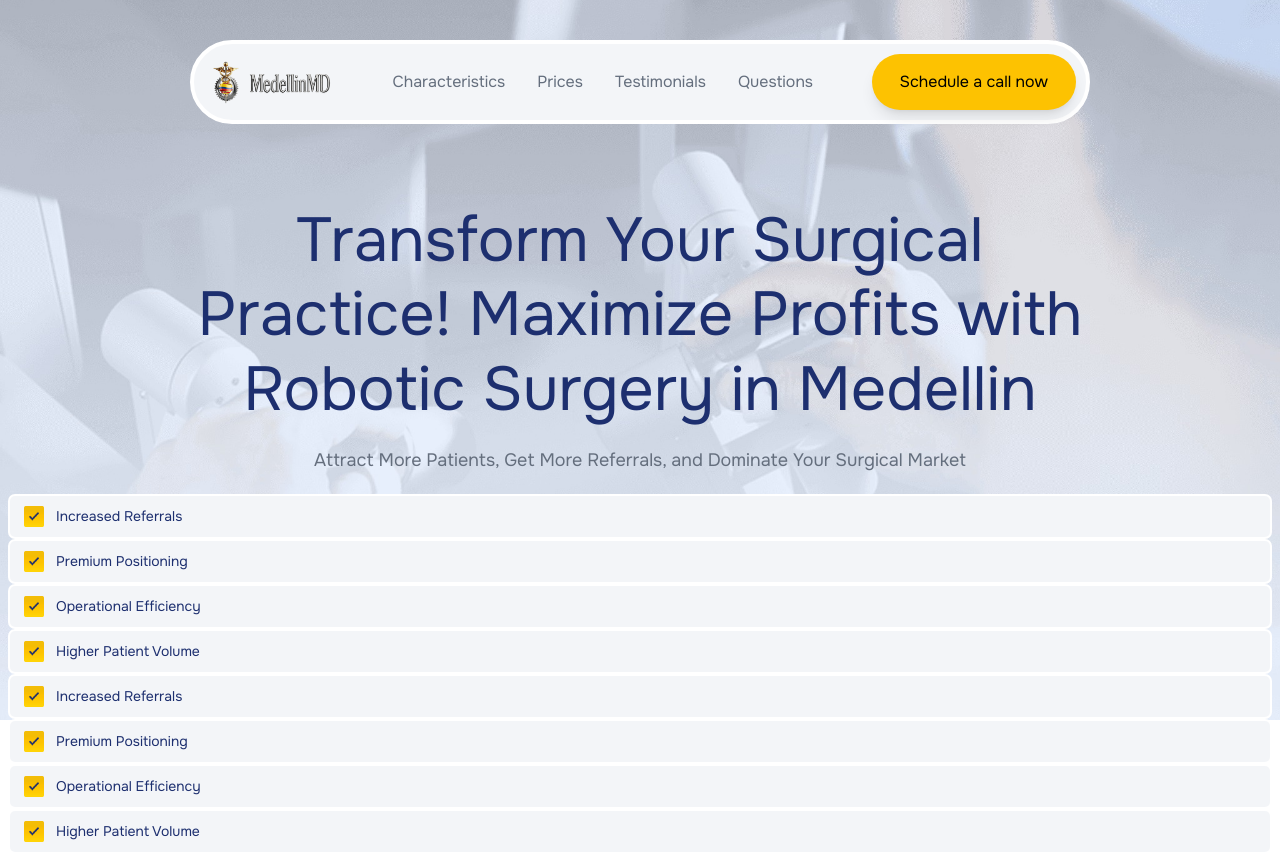
Repository: emmanueltech2019/cmd
Page: /home
An editor plug-in stored every save of this project. The page is shown before and after the next save, followed by the edit.
The browser window is 1280 px wide. The pictures show the whole page.
The project was rebuilt for these pictures with package versions that can differ from the ones it lists, and the page was loaded fresh each time. The framework's server and built-in components were replaced by stand-ins that run in the browser. Also part of the build but not shown: next.config.mjs.

Above is the page before, as saved 2025-05-15 16:36:05.

### src/app/home/page.jsx
import React from 'react'
import Image from 'next/image'
import medellinHero from '@/images/jpg/medellinHero.jpg'
import medellinLogo from '@/images/png/medellinLogo.png'
import medellinCheck from '@/images/png/medellinCheck.png'
import SlideView from '../components/SlideView'
import Button from '../components/Button'

const page = () => {
    const slideViewData = [
        { id: 1, text: 'Increased Referrals', image: medellinCheck },
        { id: 2, text: 'Premium Positioning', image: medellinCheck },
        { id: 3, text: 'Operational Efficiency', image: medellinCheck },
        { id: 4, text: 'Higher Patient Volume', image: medellinCheck },
    ];
  return (
    <>
        <div className={`h-screen w-full`}
            style={{
                backgroundImage: `url(${medellinHero.src})`,
                backgroundSize: 'cover',
                backgroundPosition: 'center',
                backgroundRepeat: 'no-repeat',
            }}
        >
            <nav className='py-5'>
                <div className="w-web-navwidth mx-auto bg-web-navwhite backdrop-blur-md p-web-nav-padding flex justify-between items-center rounded-web-radius border-white border-4 my-5">
                    <div className="w-web-logowidth h-web-logoheight flex justify-center items-center">
                        <Image src={medellinLogo} width={100} height={100} alt='medellin logo' className='w-full' />
                    </div>
                    <ul className="flex gap-web-navgap items-center text-navfontsize">
                        <li>
                            <button className='p-web-nav-padding bg-transparent hover:bg-web-blue text-web-navgray hover:text-white transition-all duration-500 rounded-web-navbtnradius'>Characteristics</button>
                        </li>
                        <li>
                            <button className='p-web-nav-padding bg-transparent hover:bg-web-blue text-web-navgray hover:text-white transition-all duration-500 rounded-web-navbtnradius'>Prices</button>
                        </li>
                        <li>
                            <button className='p-web-nav-padding bg-transparent hover:bg-web-blue text-web-navgray hover:text-white transition-all duration-500 rounded-web-navbtnradius'>Testimonials</button>
                        </li>
                        <li>
                            <button className='p-web-nav-padding bg-transparent hover:bg-web-blue text-web-navgray hover:text-white transition-all duration-500 rounded-web-navbtnradius'>Questions</button>
                        </li>
                    </ul>
                    <Button className='bg-web-yellow hover:bg-web-blue py-4 px-7 transition-all duration-500 hover:text-white shadow-lg rounded-web-radius'>Schedule a call now</Button>
                </div>
            </nav>
            <div className="mt-10 w-[100%] md:w-[70%] mx-auto">
                <h1 className="text-center text-web-blue text-webhero-font leading-webhero-lineheight">Transform Your Surgical Practice! Maximize Profits with Robotic Surgery in Medellin</h1>
                <p className='text-websubhero-font text-web-navgray text-center py-5'>Attract More Patients, Get More Referrals, and Dominate Your Surgical Market</p>
            </div>
            <div className="whitespace-nowrap overflow-hidden">
                {slideViewData.map((item) => (
                    <SlideView key={`a-${item.id}`}>
                        <div className="flex gap-3">
                            <Image src={item.image} alt='medellin check' width={100} height={100} className='w-5' />
                            {item.text}
                        </div>
                    </SlideView>
                ))}
                {slideViewData.map((item) => (
                    <SlideView key={`b-${item.id}`}>
                        <div className="flex gap-3">
                            <Image src={item.image} alt='medellin check' width={100} height={100} className='w-5' />
                            {item.text}
                        </div>
                    </SlideView>
                ))}
            </div>
        </div>
    </>
  )
}

export default page

### src/app/globals.css
@import url('https://fonts.googleapis.com/css2?family=Onest:wght@100..900&family=Poppins:ital,wght@0,100;0,200;0,300;0,400;0,500;0,600;0,700;0,800;0,900;1,100;1,200;1,300;1,400;1,500;1,600;1,700;1,800;1,900&display=swap');

*{
  font-family: "Onest", sans-serif;
}

@tailwind base;
@tailwind components;
@tailwind utilities;

@font-face {
  font-family: 'Onset';
  src: url('/src/fonts/Onest-VariableFont_wght.ttf') format('truetype');
  font-weight: 400;
  font-style: normal;
  font-display: swap; /* recommended for better performance */
}

### src/app/components/SlideView.jsx
import React from 'react'

const slideview = ({ children }) => {
  return (
    <div className='p-web-heroslideview bg-web-navwhite border-white border-2 rounded-web-heroslideradius text-web-navfontsize text-web-blue mx-2 flex-shrink-0'>{children}</div>
  )
}

export default slideview

### src/app/components/button.jsx
import React from 'react'

const button = ({children}) => {
  return (
    <button className='bg-web-yellow hover:bg-web-blue py-4 px-7 transition-all duration-500 hover:text-white shadow-lg rounded-web-radius'>{children}</button>
  )
}

export default button

### tailwind.config.js
/** @type {import('tailwindcss').Config} */
export default {
  content: [
    "./index.html",
    "./src/**/*.{js,ts,jsx,tsx}",
  ],
  theme: {
    extend: {
      colors: {
        'web-blue': '#1d2f6f',
        'web-yellow': '#fdc201',
        'web-navwhite': '#f3f5f8',
        'web-navgray': '#646e7d',
      },
      boxShadow: {
        'web-shadow': '#abcbff08 0px 0.602187px 2.28831px 0px,'
      },
      padding: {
        'web-btn-padding': '16px 28px',
        'web-nav-padding': '10px',
        'web-heroslideview': '10px 14px'
      },
      lineHeight: {
        'webhero-lineheight': '74.4px'
      },
      fontSize: {
        'webhero-font': '62px',
        'websubhero-font': '18px',
        'web-navfontsize': '14px'
      },
      width: {
        'web-navwidth': '900px',
        'web-logowidth': '130px',
      },
      height: {
        'web-navheight': '76px',
        'web-logoheight': '56px'
      },
      borderRadius: {
        'web-radius': '99px',
        'web-navbtnradius': '8px',
        'web-heroslideradius': '7px'
      },
      gap: {
        'web-navgap': '12px'
      },
      fontFamily: {
        myFont: ['Onset']
      },
      keyframes: {
        'slide': {
          '0%': { transform: 'translateX(0)' },
          '100%': { transform: 'translateX(-100%)' },
        },
      },
      animation: {
        'slide': 'slide 10s linear infinite',
      },
    },
  },
  plugins: [],
}

Loaded but not shown: src/app/layout.jsx (common file)

After the next save:
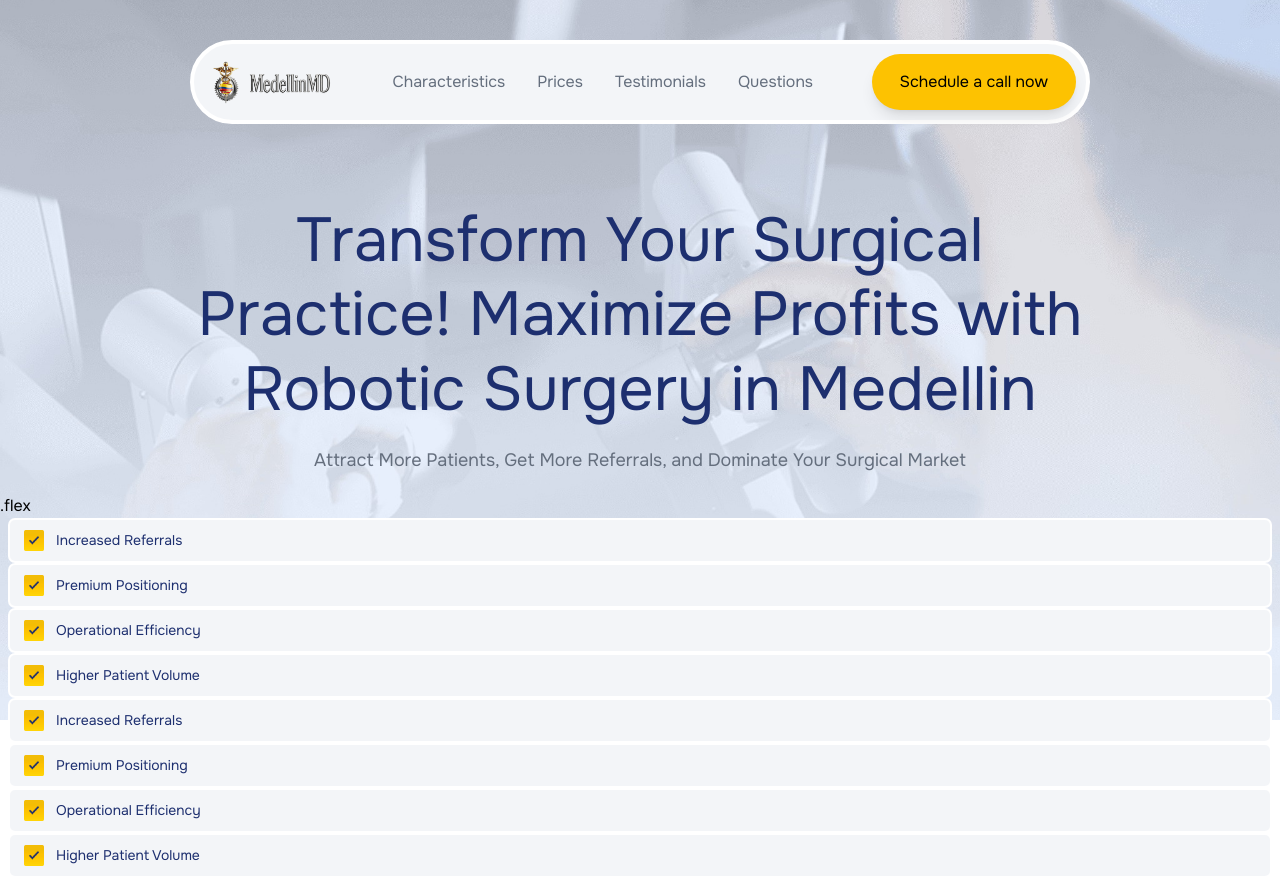
Saved 33 s later.
--- a/src/app/home/page.jsx
+++ b/src/app/home/page.jsx
@@ -50,6 +50,7 @@ const page = () => {
                 <p className='text-websubhero-font text-web-navgray text-center py-5'>Attract More Patients, Get More Referrals, and Dominate Your Surgical Market</p>
             </div>
             <div className="whitespace-nowrap overflow-hidden">
+                .flex
                 {slideViewData.map((item) => (
                     <SlideView key={`a-${item.id}`}>
                         <div className="flex gap-3">
